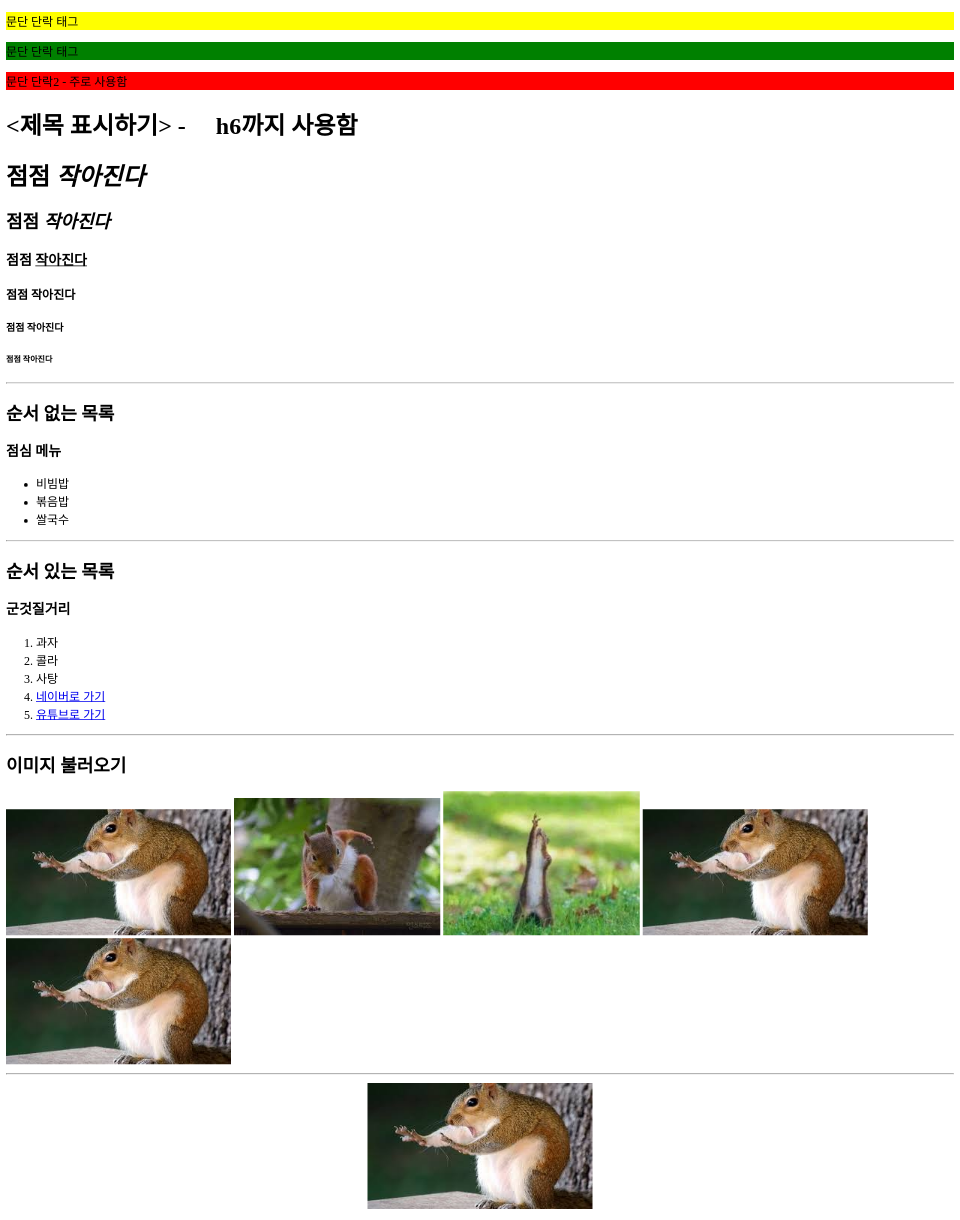
Repository: hsaar/jsworkplace
Page: http://localhost/testjsp/html/test01.jsp
The author's editor kept a copy of each file at every save. The page is drawn from the files as they stood at one save, then again after the next save.
The browser window is 1280 px wide. The pictures show the whole page, at 75% of full size.
The page is served by Tomcat 9.

Above is the page before, as saved 2025-08-19 06:31:30.

### testjsp/src/main/webapp/html/test01.jsp
<%@ page language="java" contentType="text/html; charset=UTF-8"
    pageEncoding="UTF-8"%>
<!DOCTYPE html>
<html>
<head>
<meta charset="UTF-8">
<title>NAVAR</title>
</head>
<body>
	<p style="background:yellow">문단 단락 태그</p>
	<p style="background:green">문단 단락 태그</p>
	<div style="background:red">문단 단락2 - 주로 사용함</div>
	<div>
		<h1>&lt;제목 표시하기&gt; - &nbsp;&nbsp;&nbsp;&nbsp;h6까지 사용함</h1>
	</div>
	<div>
		<h1>점점 <i>작아진다</i></h1>
		<h2>점점 <em>작아진다</em></h2>
		<h3>점점 <ins>작아진다</ins></h3>
		<h4>점점 작아진다</h4>
		<h5>점점 작아진다</h5>
		<h6>점점 작아진다</h6>
	</div><hr>
	<div>
		<h2>순서 없는 목록</h2>
		<h3>점심 메뉴</h3>
		<ul>
			<li>비빔밥</li>
			<li>볶음밥</li>
			<li>쌀국수</li>
		</ul>
		<hr>
		<h2>순서 있는 목록</h2>
		<h3>군것질거리</h3>
		<ol>
			<li>과자</li>
			<li>콜라</li>
			<li>사탕</li>
			<li><a href="http://naver.com" target="_blank">네이버로 가기</a></li>
			<li><a href="http://youtube.com" target="_blank">유튜브로 가기</a></li>
		</ol>
	</div><hr>
	<!--  1) ./images/ - 현재폴더에서 image폴더로 이동
		  2) ../images/ - 상위폴더에서 image폴더로 이동
		  3) /images/ - 절대경로 root(http://localhost:8080/)에서 image폴더로 이동
	-->
	<div>
		<h2>이미지 불러오기</h2>
		<img src = "../image/ramjii.jpg">
		<img src = "../image/ramjiii.jpg">
		<img src = "../image/ramjiiii.jpg">
		<img src = "/testjsp/image/ramjii.jpg">
		<img src = "./image/ramjii.jpg"> <!-- 실행 X -->

	</div><hr>
	<table align="center">
		<tr>
			<td align = "center">
				<img src = "../image/ramjii.jpg" alt="람쥐썬더">
			</td>
		</tr>
	</table>

</body>
</html>

After the next save:
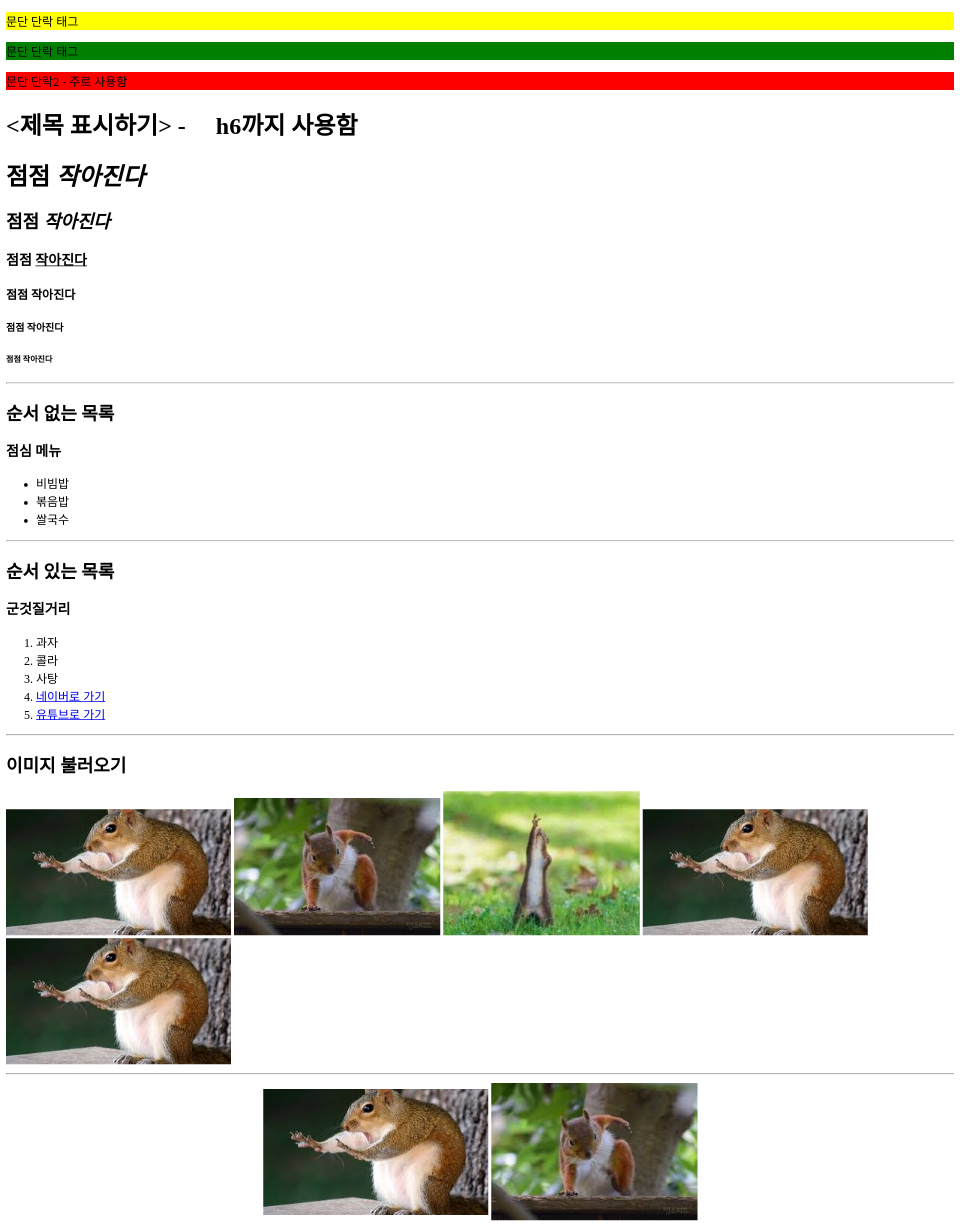
Saved 11 s later.
--- a/testjsp/src/main/webapp/html/test01.jsp
+++ b/testjsp/src/main/webapp/html/test01.jsp
@@ -58,6 +58,9 @@
 			<td align = "center">
 				<img src = "../image/ramjii.jpg" alt="람쥐썬더">
 			</td>
+			<td align = "center">
+				<img src = "../image/ramjiii.jpg" alt="람쥐썬더">
+			</td>
 		</tr>
 	</table>
 
